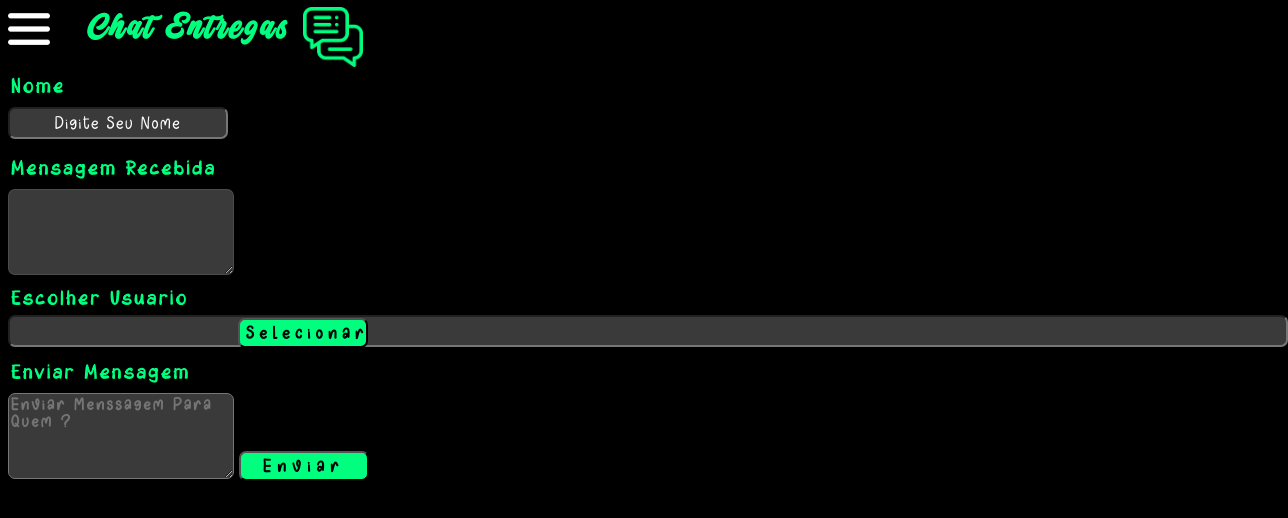
Repository: alfredo-allan/relatorioentregas
Page: pages/chatapp.html
An editor plug-in stored every save of this project. The page is shown before and after the next save, followed by the edit.
The browser window is 1280 px wide. The page is 1288 px wide, then 1280 px, so the pictures cover 1288 px, including what lies to the right of the window. The pictures show the whole page.

Above is the page before, as saved 2024-05-12 11:33:10.
Console error: TypeError: Cannot set properties of null (setting 'value')

### pages/chatapp.html
<!DOCTYPE html>
<html lang="pt-BR">
  <head>
    <meta charset="UTF-8" />
    <meta name="viewport" content="width=device-width, initial-scale=1.0" />
    <link rel="stylesheet" href="../style/styles.css" />
    <title>ChatApp</title>
  </head>
  <body>
    <header id="ChatApp">
      <img id="menu-icon" src="../img/barra-de-menu.png" alt="" />
      <div id="menu-options">
        <ul>
          <a href="/index.html"><li>Registrar Entrega</li></a>
          <a href="/pages/apagar.html"><li>Apagar Entrega</li></a>
          <a href="/pages/consultar.html"><li>Consultar Entregas</li></a>
          <a href="/pages/registrar.html"><li>Registar-Se</li></a>
        </ul>
      </div>
      <h1 id="textchat">Chat Entregas</h1>
      <img id="imgchat" src="../img/bater-papo.png" alt="" />
    </header>
    <div id="login">
      <span>Nome</span> <br />
      <input id="nomeusuario" type="text" placeholder="Digite Seu Nome" />
    </div>
    <div id="message">
      <span>Mensagem Recebida</span> <br />
      <div id="msgRecebida">
        <textarea id="msgInput" rows="4" disabled></textarea>
        <!-- Alterado para <textarea> -->
      </div>
    </div>
    <span>Escolher Usuário</span>
    <ul></ul>
    <div id="usuarios"></div>
    <br />
    <input id="lstUsu" type="text" />
    <button style="letter-spacing: 6px" id="ctsUsu">Selecionar</button>

    <div id="msgEnviar">
      <span>Enviar Mensagem</span> <br />
      <textarea
        placeholder="Enviar Menssagem Para Quem ?"
        id="enviarMsg"
        type="text"
      ></textarea>
      <button id="enviarmsg">Enviar</button>
    </div>
  </body>
  <script>
    document.addEventListener("DOMContentLoaded", function () {
      const nomeUsuarioInput = document.getElementById("nomeusuario");
      const msgInputTextarea = document.getElementById("msgInput");

      nomeUsuarioInput.addEventListener("change", function () {
        const username = nomeUsuarioInput.value;
        fetch(`http://192.168.10.20:8001/get_users?username=${username}`)
          .then((response) => {
            if (!response.ok) {
              throw new Error("Network response was not ok");
            }
            return response.json();
          })
          .then((data) => {
            const users = data.users;
            if (users.length > 0) {
              // Usuário encontrado, você pode fazer o que quiser aqui
              console.log(`Usuário ${username} encontrado`);
              // Carregar mensagens enviadas para o usuário
              fetch(
                `http://192.168.10.20:8001/get_messages_for_user/${username}`
              )
                .then((response) => {
                  if (!response.ok) {
                    throw new Error("Network response was not ok");
                  }
                  return response.json();
                })
                .then((data) => {
                  const messages = data.messages;
                  // Exibir as mensagens recebidas no campo msgInput
                  msgInputTextarea.value = messages
                    .map((msg) => `${msg.sender}: ${msg.message}`)
                    .join("\n");
                })
                .catch((error) => {
                  console.error("Error:", error);
                });
            } else {
              // Usuário não encontrado
              console.log(`Usuário ${username} não encontrado`);
              // Limpar o campo de mensagens
              msgInputTextarea.value = "";
            }
          })
          .catch((error) => {
            console.error("Error:", error);
          });
      });
    });
  </script>
  <script src="../script.js"></script>
</html>

### style/styles.css
:root {
  --las-americas: "Las-americas", sans-serif;
  --gribble-font: "Gribble";
  --helootwuins-font: "HelooTwuins";
  --verde--color: #00ff7f;
}

body {
  background-color: black;
}

@font-face {
  font-family: "Las-americas";
  src: url("../fonts/las_americas/LasAmericas_PERSONAL_USE_ONLY.otf")
    format("truetype");
  /* Adicione mais formatos (e.g. woff, woff2) conforme necessário */
}

@font-face {
  font-family: "Gribble";
  src: url("../fonts/gribble/Gribble.ttf") format("truetype");
  /* Adicione mais formatos (e.g. woff, woff2) conforme necessário */
}

@font-face {
  font-family: "HelooTwuins";
  src: url("../fonts/hello_twins/HelloTwinsDEMO.otf") format("truetype");
  /* Adicione mais formatos (e.g. woff, woff2) conforme necessário */
}

header {
  img {
    width: 42px;
    margin-right: 14px;
    text-wrap: nowrap;
  }
}

img #menu-icon {
  margin-right: 20px;
  margin-left: -1%;
}

#text-top {
  text-align: center;
  font-family: var(--las-americas);
  color: white;
  letter-spacing: 1.2px;
  margin-top: 30px;
  font-size: 40px;
}

#delivery {
  color: red;
  font-family: var(--gribble-font);
  letter-spacing: 3px;
  font-size: 25px;
  font-weight: 900;
  color: var(--verde--color);
}

.column {
  display: flex;
  flex-direction: column;
  align-items: center;
  padding: 10px 20px 15px 15px;
  border: 1px solid #ccc;
  border-radius: 2%;
  width: 300px;
  margin: 0 auto;
}

#form {
  border-radius: 2%;
  margin-top: 110px;
  margin-bottom: 250px;
  span {
    color: #00ff7f;
    font-family: var(--gribble-font);
    font-size: 20px;
    letter-spacing: 2px;
    font-weight: 600;
  }
}

input {
  text-align: center;
  margin-bottom: 5px;
  padding: 5px;
  width: 100%;
  box-sizing: border-box;
  font-weight: 600;
  margin-bottom: 10px;
  background-color: rgba(255, 255, 255, 0.226);
  color: white;
  font-family: var(--helootwuins-font);
  letter-spacing: 2px;
  font-size: 18px;
  border-radius: 7px;
}

input::placeholder {
  text-align: center;
  color: white;
  font-family: var(--helootwuins-font);
  font-weight: 400;
  font-size: 18px;
}

button {
  width: 130px;
  height: 30px;
  border-radius: 2%;
  background-color: var(--verde--color);
  font-family: var(--helootwuins-font);
  font-size: 18px;
  letter-spacing: 7px;
  font-weight: 900;
  border-radius: 7px;
}

#confirmButton {
  margin-left: 8px;
  margin-right: 20px;
}

#menu-icon {
  cursor: pointer;
}

#menu-options {
  display: none;
  position: absolute;
  top: 0;
  left: 0;
  margin-top: 60px;
  width: 63%;
  height: 35vh;
  background-color: var(--verde--color);
  color: white;
  font-family: var(--gribble-font);
  font-weight: 900;
  border-bottom-right-radius: 10%;
  color: black;
  letter-spacing: 2px;
  z-index: 999;
}

a {
  text-decoration: none; /* Remove o sublinhado */
  color: black;
}

#menu-options ul {
  list-style: none;
  padding: 0;
  margin-left: 10px;
  font-size: 20px;
}

#menu-options ul li {
  padding: 10px;
  /* border-bottom: 1px solid white; */
}

#modal {
  background: black;
  text-align: center;
}

.modal {
  display: none; /* Escondido por padrão */
  position: fixed;
  z-index: 1;
  left: 0;
  top: 0;
  width: 100%;
  height: 100%;
  overflow: auto;
  background-color: rgba(0, 0, 0, 0.4);
}

.modal-content {
  background-color: #fefefe;
  margin: 15% auto;
  padding: 20px;
  border: 2px solid #888;
  width: 80%;
  border-radius: 10px;
  background-color: black;
  p {
    margin-top: 30px;
    text-align: left;
    text-wrap: nowrap;
    font-family: var(--gribble-font);
    letter-spacing: 3px;
    font-weight: 600;
    font-size: 20px;
    color: var(--verde--color);
  }
}

.close {
  color: #aaa;
  float: right;
  font-size: 28px;
  font-weight: bold;
}

.close:hover,
.close:focus {
  color: black;
  text-decoration: none;
  cursor: pointer;
}

#data-list {
  margin: 0 auto;
  left: 50%;
  transform: translateX(-50%);
  margin: 0 auto;
  left: 50%;
  top: 60%;
  transform: translate(-50%, -50%);
  /* border: 1px solid var(--cor-azul); */
  color: var(--verde--color);
  border-radius: 5px;
  max-height: 330px;
  overflow-y: auto;
  position: absolute;
  z-index: -1;
  margin-top: 110px;
  margin-left: 0px;
  width: 336px;
  list-style: none;
  .name {
    font-family: var(--helootwuins-font);
    font-weight: 900;
    font-size: 20px;
    letter-spacing: 1px;
  }
  .item {
    font-family: var(--helootwuins-font);
    font-weight: 500;
    font-size: 20px;
    color: white;
    letter-spacing: 1px;
  }
}

#data-list {
  width: 340px;
  height: 180px;
  overflow: auto;
  /* border: 1px solid black; */
  scrollbar-color: var(--verde--color) var(--verde--color);
}

#data-list img {
  width: 25px;
  margin-left: 15px;
  margin-right: 0px;
}

#data-list::-webkit-scrollbar {
  width: 10px; /* Largura da barra de rolagem */
}

#data-list::-webkit-scrollbar-thumb {
  background-color: white; /* Cor da barra de rolagem */
  border-radius: 5px; /* Raio de borda da barra de rolagem */
}

#texto-descritivo {
  text-align: justify;
  margin-top: 200px;
  position: fixed;
  font-family: var(--luthier-font);
  letter-spacing: 3px;
  line-height: 2;
  margin-right: 8px;
  font-weight: 900;
  color: var(--verde--color);
}

.name {
  font-family: var(--gribble-font);
  font-weight: 900;
  font-size: 17px;
}
.item {
  font-family: var(--helootwuins-font);
  font-weight: 500;
  font-size: 15;
  color: white;
}

#textchat {
  font-family: var(--las-americas);
  color: var(--verde--color);
  letter-spacing: 3px;
  margin-left: 80px;
  font-size: 30px;
  margin-top: -44px;
}

#imgchat {
  width: 60px;
  position: absolute;
  margin-left: 295px;
  margin-top: -60px;
}

#message {
  input {
    width: 220px;
  }
}

#login {
  width: 220px;
}

span {
  color: var(--verde--color);
  font-family: var(--gribble-font);
  font-size: 20px;
  padding: 3px;
  line-height: 2;
  letter-spacing: 3px;
  font-weight: 900;
}

#msgInput {
  width: 220px;
  height: 80px;
  background-color: rgba(255, 255, 255, 0.226);
  border-radius: 7px;
  font-family: var(--helootwuins-font);
  font-size: 17px;
  letter-spacing: 3px;
  color: var(--verde--color);
  font-weight: 600;
}

#enviarMsg {
  width: 220px;
  height: 80px;
  background-color: rgba(255, 255, 255, 0.226);
  border-radius: 7px;
  font-family: var(--helootwuins-font);
  font-size: 17px;
  letter-spacing: 3px;
  color: var(--verde--color);
  font-weight: 600;
}

#enviarmsg {
  margin-top: 58px;
  position: absolute;
  margin-left: 5px;
}

#textRegister {
  font-family: var(--las-americas);
  color: var(--verde--color);
  letter-spacing: 3px;
  margin-top: 10px;
  text-align: center;
  letter-spacing: 3px;
}

#Registrar {
  input {
    width: 170px;
  }
}

#btsRegistrar {
  margin-top: 4px;
  margin-left: 28px;
  position: absolute;
}

#lstUsu {
  position: absolute;
  margin-top: -38px;
}

#ctsUsu {
  position: absolute;
  margin-left: 230px;
  margin-top: -35px;
}

### script.js
const menuIcon = document.getElementById("menu-icon");
const menuOptions = document.getElementById("menu-options");

menuIcon.addEventListener("click", function () {
  if (menuOptions.style.display === "none") {
    menuOptions.style.display = "block";
  } else {
    menuOptions.style.display = "none";
  }
});

//input data pagina index e registro
document.getElementById("data-entrega").value = new Date().toISOString().slice(0, 10);
var currentDate = new Date().toISOString().slice(0, 10);
var formattedDate = currentDate.split("-").reverse().join("/");
document.getElementById("data-entrega").value = formattedDate;
  document
    .getElementById("data-entrega")
    .addEventListener("input", formatarData);

After the next save:
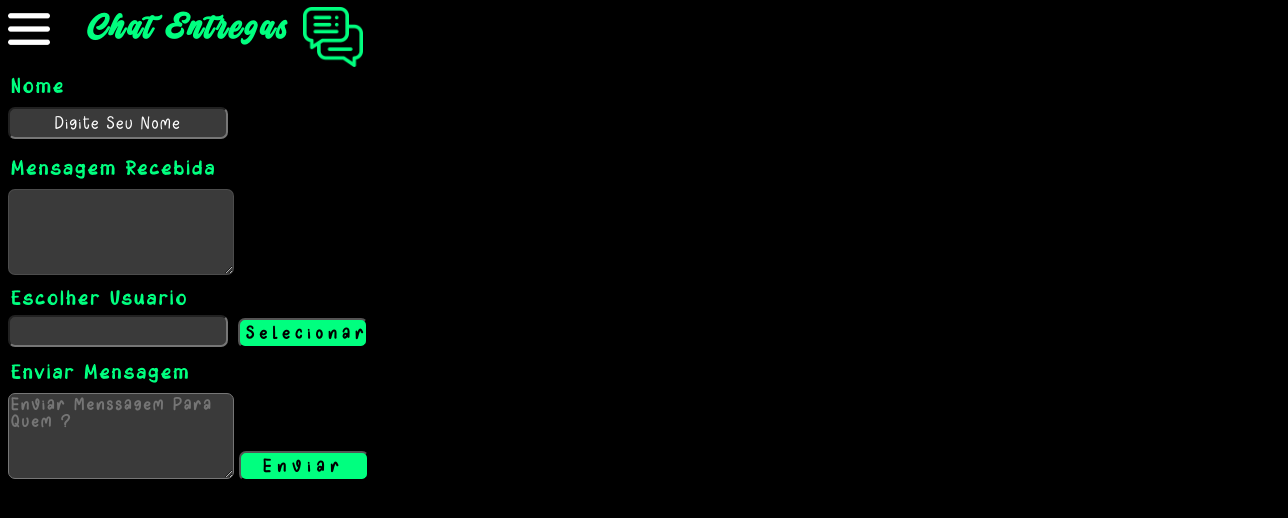
Saved 44 s later.
--- a/style/styles.css
+++ b/style/styles.css
@@ -383,6 +383,7 @@ span {
 }
 
 #lstUsu {
+  width: 220px;
   position: absolute;
   margin-top: -38px;
 }
